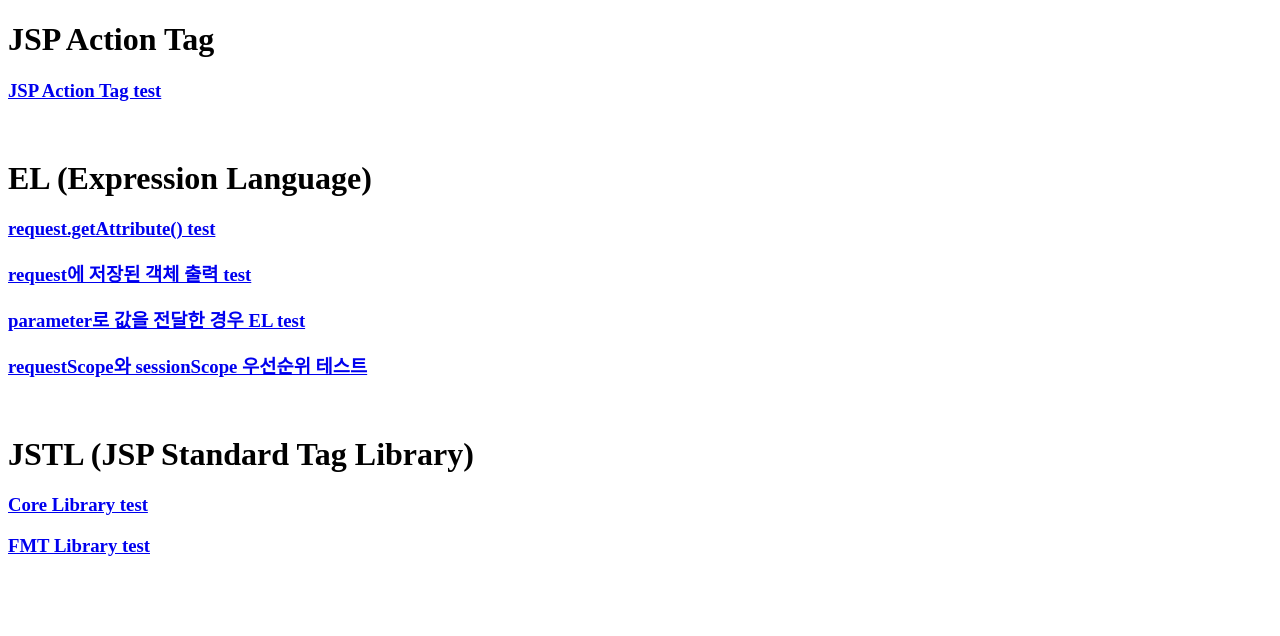
Repository: sonchanmi/JSP
Page: http://localhost/chap02-el-jstl/
These files come from the project's save history. The page is drawn as it stood at one moment and after the next save; the edit follows.
The browser window is 1280 px wide. The pictures show the whole page.
The page is served by Tomcat 10.

Above is the page before, as saved 2024-06-11 01:36:02.

After the next save:
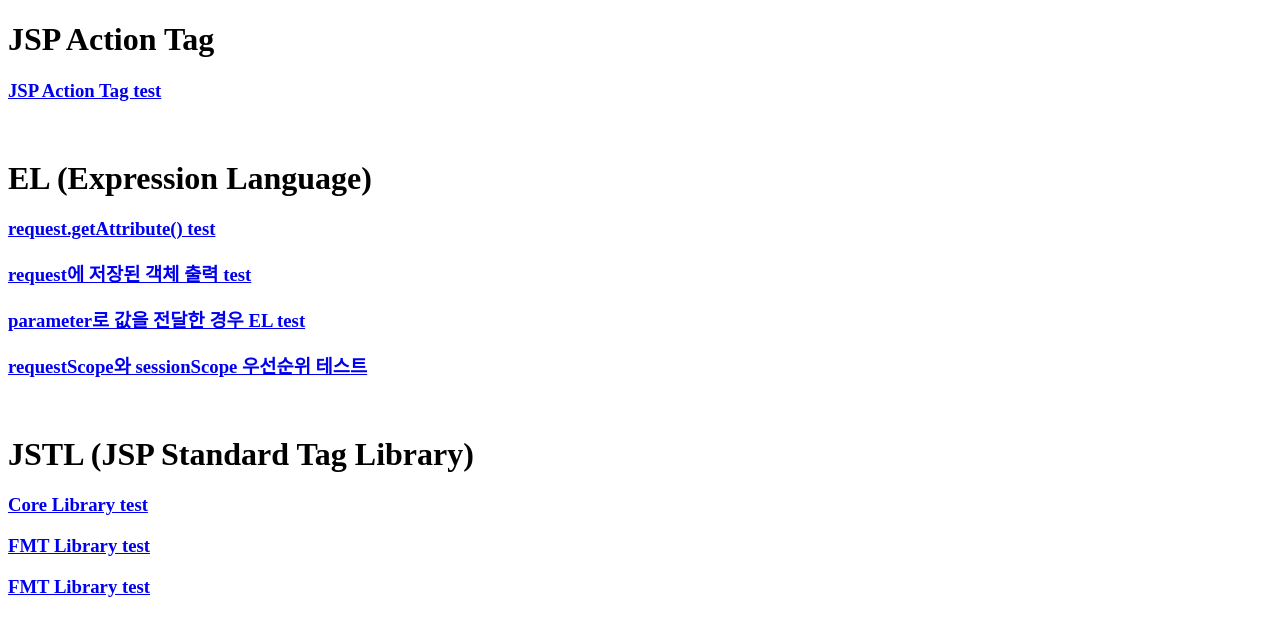
Saved 61 s later.
--- a/chap02-el-jstl/src/main/webapp/index.jsp
+++ b/chap02-el-jstl/src/main/webapp/index.jsp
@@ -22,5 +22,7 @@
   <h1>JSTL (JSP Standard Tag Library)</h1>
   <h3><a href="views/jstl/testJstlCore.jsp">Core Library test</h3>
   <h3><a href="views/jstl/testJstlFmt.jsp">FMT Library test</a></h3>
+  <h3><a href="views/jstl/testJstlFunction.jsp">FMT Library test</a></h3>
+
 </body>
 </html>
